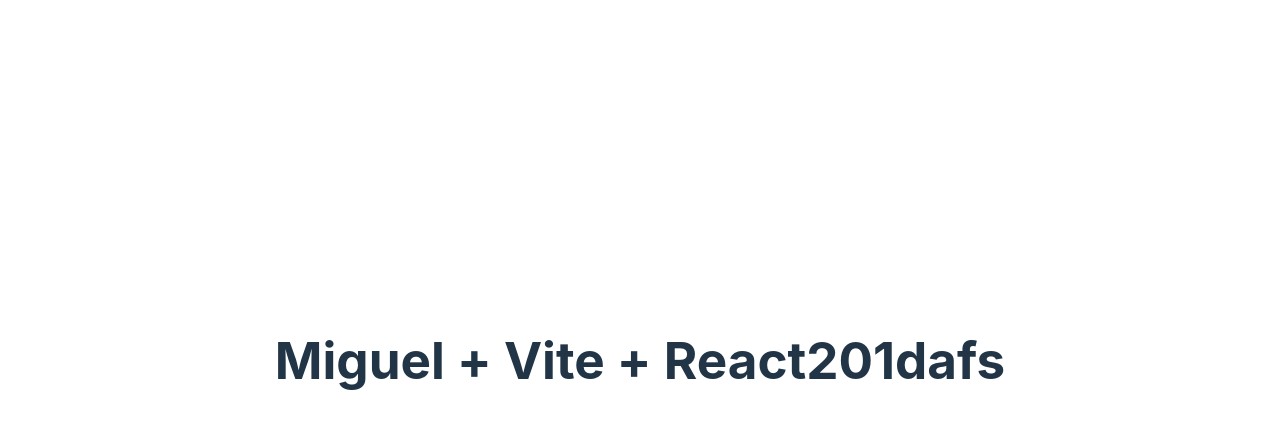
Repository: MiguelDev5/react-learning
Page: /
The author's editor kept a copy of each file at every save. The page is drawn from the files as they stood at one save, then again after a run of saves.
The browser window is 1280 px wide. The pictures show the whole page.
The project was rebuilt for these pictures with package versions that can differ from the ones it lists, and the page was loaded fresh each time. Also part of the build but not shown: vite.config.js.

Above is the page before, as saved 2024-03-13 00:22:52.

### src/main.jsx
import React from 'react'
import ReactDOM from 'react-dom/client'
import Appppp from './App.jsx'
import './index.css'

ReactDOM.createRoot(document.getElementById('root')).render(
  <React.StrictMode>
    <Appppp />
  </React.StrictMode>,
)

### src/App.jsx
import { useState } from 'react'
import reactLogo from './assets/react.svg'
import viteLogo from '/vite.svg'
import './App.css'

const MyComponent = () => {
  const [count, setCount] = useState(0)

  return (
    <>
      <h1>Miguel + Vite + React201dafs</h1>
    </>
  )
}

export default MyComponent

Loaded but not shown: index.html (common file); src/index.css (common file); src/App.css (common file)

After the next 2 saves:
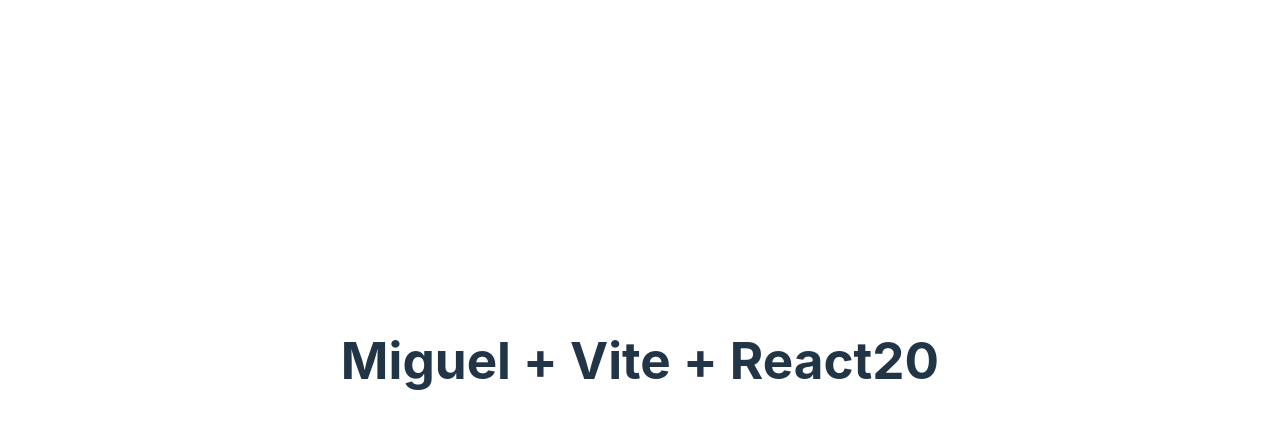
The 2 saves are shown as one change because they came seconds apart.
The last was saved 13 s later.
--- a/src/App.jsx
+++ b/src/App.jsx
@@ -8,7 +8,7 @@
 
   return (
     <>
-      <h1>Miguel + Vite + React201dafs</h1>
+      <h1>Miguel + Vite + React20</h1>
     </>
   )
 }
